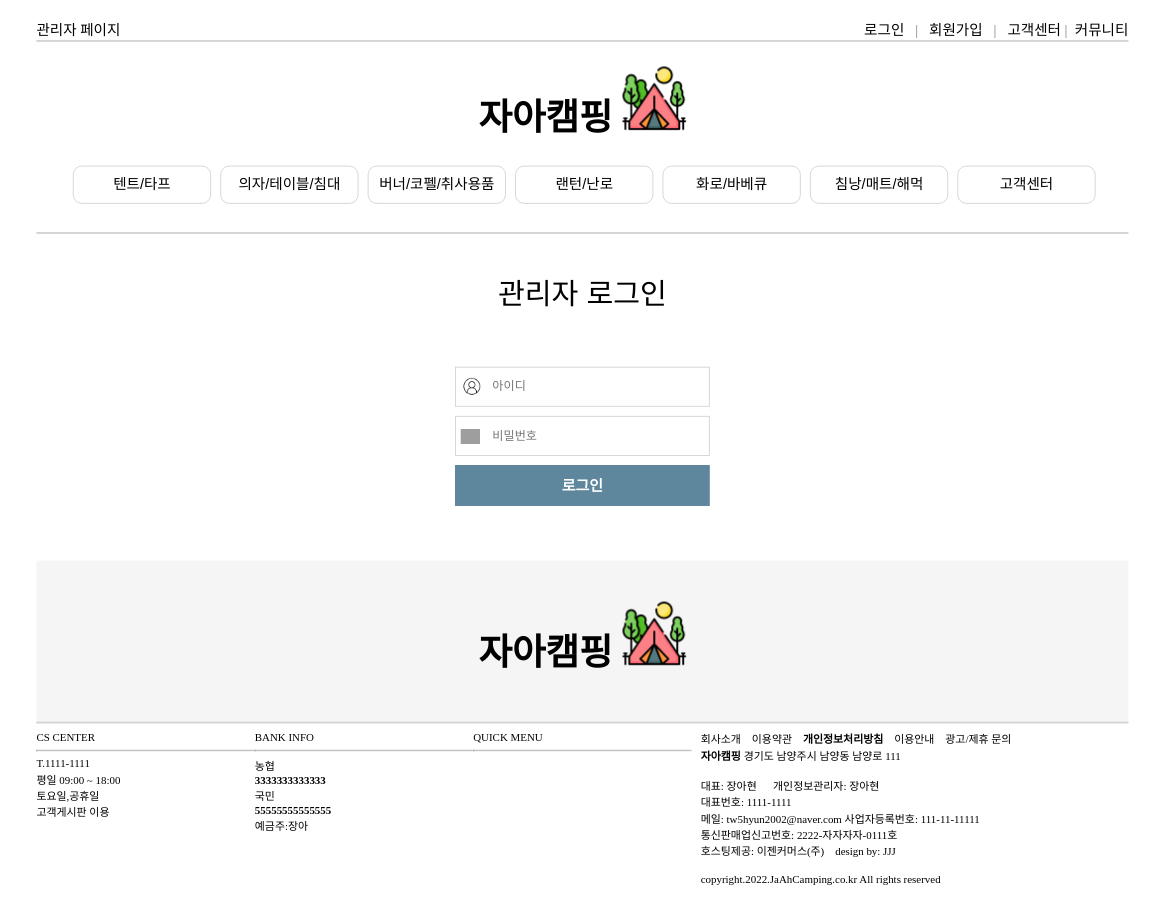
Repository: JJang-Ah/JSP-shoping-mall-project
Page: http://localhost/JaAhCamping/manager/logon/managerLoginForm.jsp
The author's editor kept a copy of each file at every save. The page is drawn from the files as they stood at one save, then again after the next save.
The browser window is 1280 px wide. The pictures show the whole page, at 91% of full size.
Pictures or frames that could not be fetched are drawn as grey boxes. Some web fonts or font styles are not loaded; a fallback is used. The page is served by Tomcat 9. Other server files are loaded and not shown.

Above is the page before, as saved 2022-06-14 05:54:41.

### JaAhCamping/WebContent/manager/logon/managerLoginForm.jsp
<%@ page language="java" contentType="text/html; charset=UTF-8"
    pageEncoding="UTF-8"%>
<!DOCTYPE html>
<html>
<head>
<meta charset="UTF-8">
<title>관리자 로그인 폼</title>
<style>
@import url('https://fonts.googleapis.com/css2?family=Do+Hyeon&family=Hammersmith+One&family=Paytone+One&display=swap');
a { text-decoration: none; color: black;}
/* 상단 - 메인, 서브 타이틀 */
.m_title { font-family:'Paytone One', sans-serif; text-align: center;}

.s_title { font-family:'Do Hyeon', sans-serif; font-size: 2em; text-align: center; margin-top: 40px; margin-bottom: 30px;}

/* 중단 - 로그인 박스 */
.a_box { width: 300px; margin: 60px auto;}
.b_box { border: 1px solid lightgray; padding: 5px; margin: 10px;}
.b_box input[type='text'], .b_box input[type='password'] { height: 30px; padding-left: 35px; border: none;}
.b_box input[type='text']:focus, .b_box input[type='password']:focus { outline: none;}
.b_box input[type='text'] { background: url('../../icons/login_id.png') no-repeat; background-size: 25px; background-position: left center;}
.b_box input[type='password'] { background: url('../../icons/login_pwd.png') no-repeat; background-size: 22px; background-position: left center;}
.c_box { padding: 0; margin: 10px;}
.c_box input[type='button'] { width: 280px; height: 45px; border: none; background: #5e869c; color: #fff; font-weight: bold; font-size: 1.03em;}
</style>

<script>

document.addEventListener("DOMContentLoaded", function() {
	let form = document.managerLoginForm;

	let btn_login = document.getElementById("btn_login");
	btn_login.addEventListener("click", function() {
		if(!form.managerId.value) {
			alert('아이디를 입력하시오.');
			form.managerId.focus();
			return;
		}
		if(!form.managerPwd.value) {
			alert('비밀번호를 입력하시오.');
			form.managerPwd.focus();
			return;
		}
		form.submit();
	})
})

</script>
</head>
<body>

<div id="container">
	<jsp:include page="../../mall/shopTop.jsp"></jsp:include>

	<div class="s_title">관리자 로그인</div>

	<form action="managerLoginPro.jsp" method="post" name="managerLoginForm">
		<div class="a_box">
			<div class="b_box">
				<%-- flaticon 사이트에서 아이콘 다운 --%>
				<input type="text" name="managerId" id="managerId" placeholder="아이디" size="28">
			</div>
			<div class="b_box">
				<input type="password" name="managerPwd" id="managerPwd" placeholder="비밀번호" size="28">
			</div>
			<div class="c_box">
				<input type="button" value="로그인" id="btn_login">
			</div>
		</div>

	</form>

	<jsp:include page="../../mall/shopBottom.jsp"></jsp:include>

</div>

</body>
</html>

### JaAhCamping/WebContent/mall/shopTop.jsp
<%@ page language="java" contentType="text/html; charset=UTF-8"
    pageEncoding="UTF-8"%>
<!DOCTYPE html>
<html>
<head>
<meta charset="UTF-8">
<title>Insert title here</title>
<link href="https://fonts.googleapis.com/css2?family=Do+Hyeon&display=swap" rel="stylesheet">
<link href="/JaAhCamping/icons/camping_small.png" rel="shortcut icon" type="image/x-icon">

<style>
#container { width: 1200px; margin: 20px auto;}
/* 상단 */
a { text-decoration: none; color: black;}
.t_box1 { text-align: right;}
.t_box1 #admin_page { display: inline-block; float: left;}
.t_box1 .user_menu { display: inline-block; float: right; color: gray;}
.h_line { clear: both; border: 1px solid lightgray; margin-top: 20px;}
.title { text-align: center; font-family: 'Do Hyeon', sans-serif; font-size: 40px;}
#camping { width: 70px; height: 70px;}
#title_sub_go { font-size: 0.8em;}

/* 메뉴 */
.m_menu { list-style: none; font-family: 'Do Hyeon', sans-serif; color: #333333;}
.m_menu .m_m_list { display: inline-block; float: left; width: 150px; height: 40px;
margin-right: 10px; border: 1px solid lightgray; text-align: center; line-height: 40px; border-radius: 10px;}
.m_menu > .m_m_list { position: relative;}
.m_menu > .m_m_list:hover >.s_menu { display: block;}
.m_m_list > .s_menu { display: none; position: absolute; top: 41px; border: 1px solid lightgray; background: white; border-radius: 10px;}
.s_menu .s_m_list { text-align: left; width: 200px;}

.t_line { clear: both; border: 1px solid lightgray; margin-top: 100px;}
</style>
</head>
<body>
<%
request.setCharacterEncoding("utf-8");

String memberId = (String)session.getAttribute("memberId");


%>
<div id="container">

	<div class="t_box1"> <%--  --%>
		<div id="admin_page"><a href="http://localhost:8088/JaAhCamping/manager/managerMain.jsp">관리자 페이지</a></div>
		<div class="user_menu">
		<%if(memberId == null) {  %>
			<a href="http://localhost:8088/JaAhCamping/logon/memberLoginForm.jsp"><span>로그인</span></a>&ensp; |&ensp;
			<a href="http://localhost:8088/JaAhCamping/member/memberJoinForm.jsp"><span>회원가입</span></a>&ensp; |&ensp;
		<%} else { %>
			<a href="/JaAhCamping/member/memberInfoForm.jsp"><span><%=memberId %>님</span></a>&ensp; |&ensp;
			<a href="/JaAhCamping/logon/memberLogout.jsp"><span>로그아웃</span></a>&ensp; |&ensp;
			<a href="/JaAhCamping/mall/cart/cartList.jsp"><span>장바구니</span></a>&ensp; |&ensp;
		<%} %>
		<a href="#">고객센터</a>&nbsp;|&nbsp;
		<a href="#">커뮤니티</a>
		</div>
	</div>
	<hr class="h_line">

	<%-- 상단 제목 --%>
	<h1 class="title"><a href="http://localhost:8088/JaAhCamping/mall/shopAll.jsp">자아캠핑&nbsp;<img alt="camping" src="/JaAhCamping/icons/camping.png" id="camping"></a></h1>

	<nav class="menu">
		<ul class="m_menu">
			<li class="m_m_list"><a href="/JaAhCamping/mall/shopAll.jsp?product_kind=110">텐트/타프</a>
				<div class="s_menu">
					<ul>
						<li class="s_m_list"><a href="/JaAhCamping/mall/shopAll.jsp?product_kind=110">텐트</a></li>
						<li class="s_m_list"><a href="/JaAhCamping/mall/shopAll.jsp?product_kind=120">텐트관련품</a></li>
						<li class="s_m_list"><a href="/JaAhCamping/mall/shopAll.jsp?product_kind=130">타프</a></li>
						<li class="s_m_list"><a href="/JaAhCamping/mall/shopAll.jsp?product_kind=140">폴대/펙/스트링/스토퍼</a></li>
						<li class="s_m_list"><a href="/JaAhCamping/mall/shopAll.jsp?product_kind=150">공구</a></li>
						<li class="s_m_list"><a href="/JaAhCamping/mall/shopAll.jsp?product_kind=160">기타(텐트/타프)</a></li>
					</ul>
				</div>
			</li>
			<li class="m_m_list"><a href="/JaAhCamping/mall/shopAll.jsp?product_kind=210">의자/테이블/침대</a>
				<div class="s_menu">
					<ul>
						<li class="s_m_list"><a href="/JaAhCamping/mall/shopAll.jsp?product_kind=210">의자</a></li>
						<li class="s_m_list"><a href="/JaAhCamping/mall/shopAll.jsp?product_kind=220">테이블</a></li>
						<li class="s_m_list"><a href="/JaAhCamping/mall/shopAll.jsp?product_kind=230">선반/수납가구</a></li>
						<li class="s_m_list"><a href="/JaAhCamping/mall/shopAll.jsp?product_kind=240">야전침대</a></li>
						<li class="s_m_list"><a href="/JaAhCamping/mall/shopAll.jsp?product_kind=250">퍼니쳐</a></li>
						<li class="s_m_list"><a href="/JaAhCamping/mall/shopAll.jsp?product_kind=260">기타(의자/테이블/침대)</a></li>
					</ul>
				</div>
			</li>
			<li class="m_m_list"><a href="/JaAhCamping/mall/shopAll.jsp?product_kind=310">버너/코펠/취사용품</a>
				<div class="s_menu">
					<ul>
						<li class="s_m_list"><a href="/JaAhCamping/mall/shopAll.jsp?product_kind=310">버너</a></li>
						<li class="s_m_list"><a href="/JaAhCamping/mall/shopAll.jsp?product_kind=320">코펠</a></li>
						<li class="s_m_list"><a href="/JaAhCamping/mall/shopAll.jsp?product_kind=330">취사용품</a></li>
						<li class="s_m_list"><a href="/JaAhCamping/mall/shopAll.jsp?product_kind=340">식기류</a></li>
						<li class="s_m_list"><a href="/JaAhCamping/mall/shopAll.jsp?product_kind=350">기타(버터/코펠/취사용품)</a></li>
					</ul>
				</div>
			</li>
			<li class="m_m_list"><a href="/JaAhCamping/mall/shopAll.jsp?product_kind=410">랜턴/난로</a>
				<div class="s_menu">
					<ul>
						<li class="s_m_list"><a href="/JaAhCamping/mall/shopAll.jsp?product_kind=410">랜턴</a></li>
						<li class="s_m_list"><a href="/JaAhCamping/mall/shopAll.jsp?product_kind=420">후레쉬</a></li>
						<li class="s_m_list"><a href="/JaAhCamping/mall/shopAll.jsp?product_kind=430">난로</a></li>
						<li class="s_m_list"><a href="/JaAhCamping/mall/shopAll.jsp?product_kind=440">액세서리</a></li>
						<li class="s_m_list"><a href="/JaAhCamping/mall/shopAll.jsp?product_kind=450">기타(랜턴/난로)</a></li>
					</ul>
				</div>
			</li>
			<li class="m_m_list"><a href="/JaAhCamping/mall/shopAll.jsp?product_kind=510">화로/바베큐</a>
				<div class="s_menu">
					<ul>
						<li class="s_m_list"><a href="/JaAhCamping/mall/shopAll.jsp?product_kind=510">화로대</a></li>
						<li class="s_m_list"><a href="/JaAhCamping/mall/shopAll.jsp?product_kind=520">바베큐 그릴</a></li>
						<li class="s_m_list"><a href="/JaAhCamping/mall/shopAll.jsp?product_kind=530">토치</a></li>
						<li class="s_m_list"><a href="/JaAhCamping/mall/shopAll.jsp?product_kind=540">바베큐 소품</a></li>
						<li class="s_m_list"><a href="/JaAhCamping/mall/shopAll.jsp?product_kind=550">기타(화로/바베큐)</a></li>
					</ul>
				</div>
			</li>
			<li class="m_m_list"><a href="/JaAhCamping/mall/shopAll.jsp?product_kind=610">침낭/매트/해먹</a>
				<div class="s_menu">
					<ul>
						<li class="s_m_list"><a href="/JaAhCamping/mall/shopAll.jsp?product_kind=610">침낭</a></li>
						<li class="s_m_list"><a href="/JaAhCamping/mall/shopAll.jsp?product_kind=620">베개/쿠션/방석</a></li>
						<li class="s_m_list"><a href="/JaAhCamping/mall/shopAll.jsp?product_kind=630">매트</a></li>
						<li class="s_m_list"><a href="/JaAhCamping/mall/shopAll.jsp?product_kind=640">해먹</a></li>
						<li class="s_m_list"><a href="/JaAhCamping/mall/shopAll.jsp?product_kind=650">기타(침낭/매트/해먹)</a></li>
					</ul>
				</div>
			</li>
			<li class="m_m_list"><a href="#">고객센터</a>
			</li>
		</ul>
	</nav>
	<hr class="t_line">
</div>

</body>
</html>

Loaded but not shown: JaAhCamping/WebContent/mall/shopBottom.jsp (common file)

After the next save:
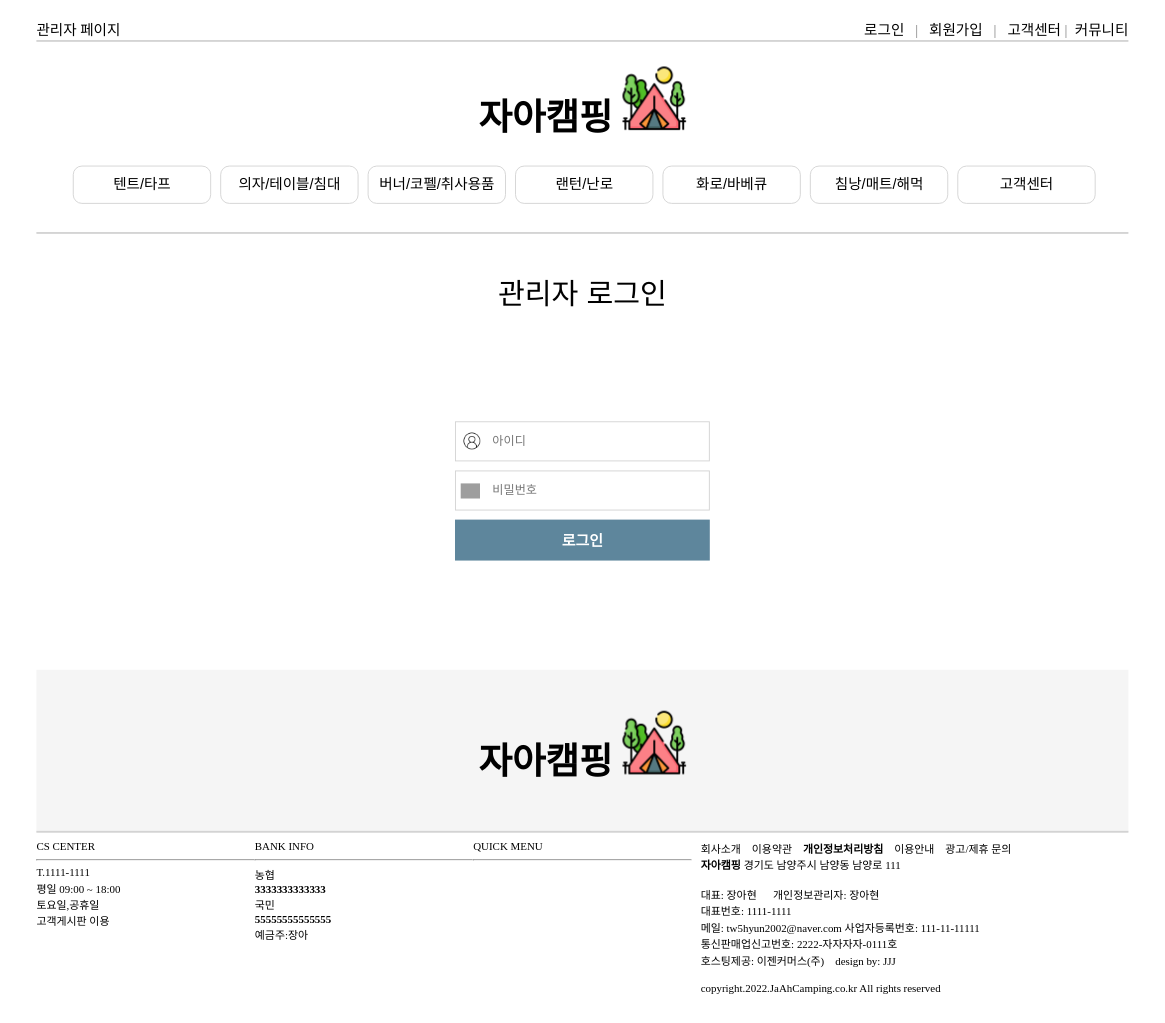
Saved 31 s later.
--- a/JaAhCamping/WebContent/manager/logon/managerLoginForm.jsp
+++ b/JaAhCamping/WebContent/manager/logon/managerLoginForm.jsp
@@ -14,7 +14,7 @@ a { text-decoration: none; color: black;}
 .s_title { font-family:'Do Hyeon', sans-serif; font-size: 2em; text-align: center; margin-top: 40px; margin-bottom: 30px;}
 
 /* 중단 - 로그인 박스 */
-.a_box { width: 300px; margin: 60px auto;}
+.a_box { width: 300px; margin: 120px auto;}
 .b_box { border: 1px solid lightgray; padding: 5px; margin: 10px;}
 .b_box input[type='text'], .b_box input[type='password'] { height: 30px; padding-left: 35px; border: none;}
 .b_box input[type='text']:focus, .b_box input[type='password']:focus { outline: none;}
